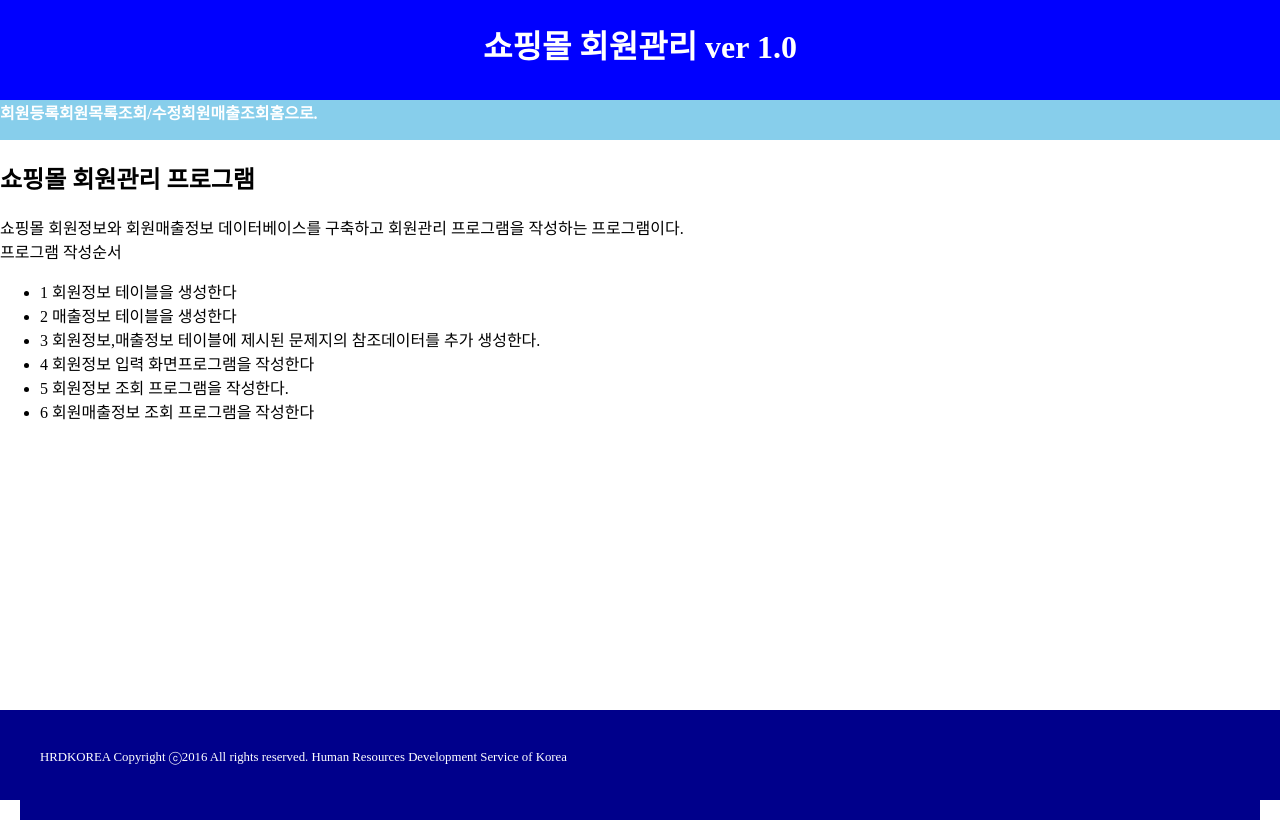
Repository: GotChun/DH_JSP
Page: http://localhost/HRD_1234/memberInfo.jsp
These files come from the project's save history. The page is drawn as it stood at one moment and after the next save; the edit follows.
The browser window is 1280 px wide. The pictures show the whole page.
The page is served by Tomcat 9.

Above is the page before, as saved 2024-10-24 08:16:19.

After the next save:
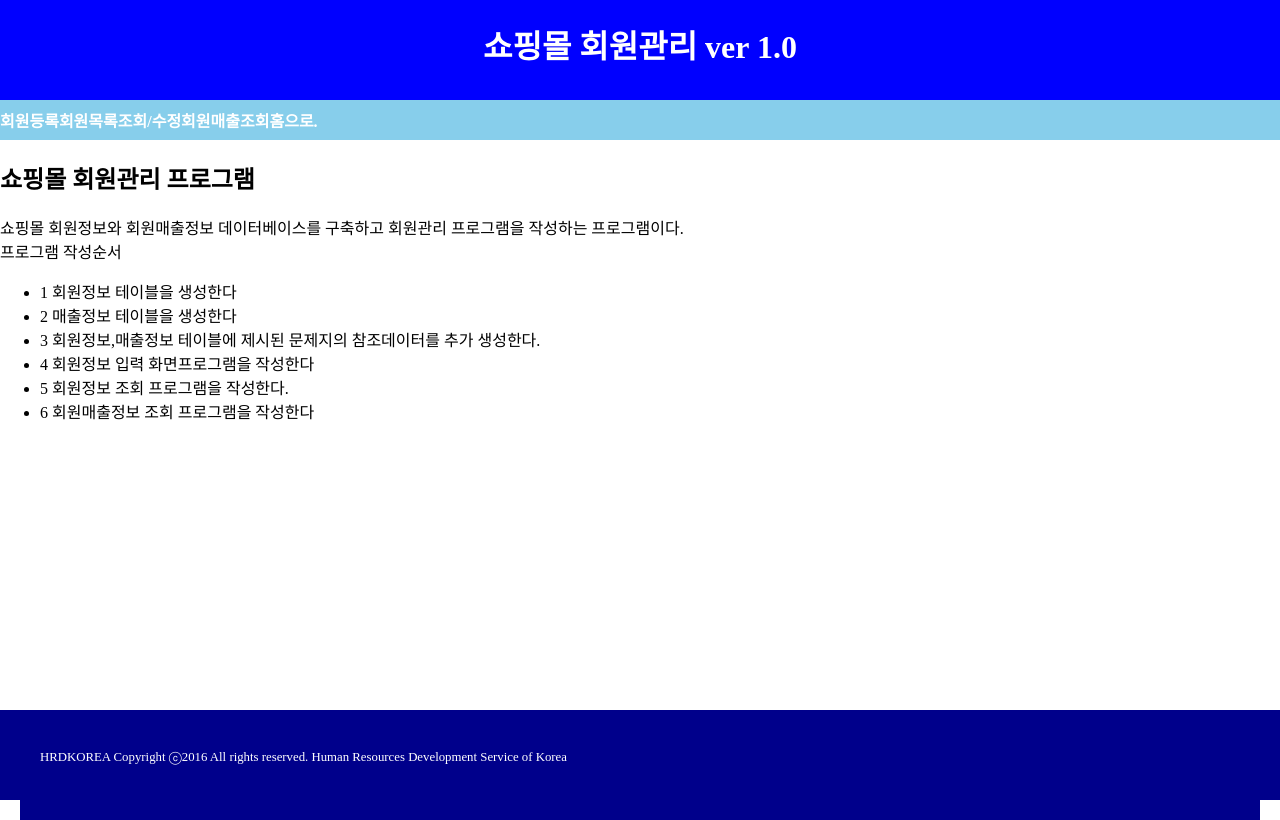
Saved 9 s later.
--- a/hrdkorea/HRD_1234/src/main/webapp/layout/header.jsp
+++ b/hrdkorea/HRD_1234/src/main/webapp/layout/header.jsp
@@ -12,6 +12,7 @@ header {
 nav{height:40px;
 	background-color:skyblue;}
 nav>ul{
+height:100%;
 	list-style:none;margin:0;padding:0;
 	display:flex;
 	justify-content:left;
